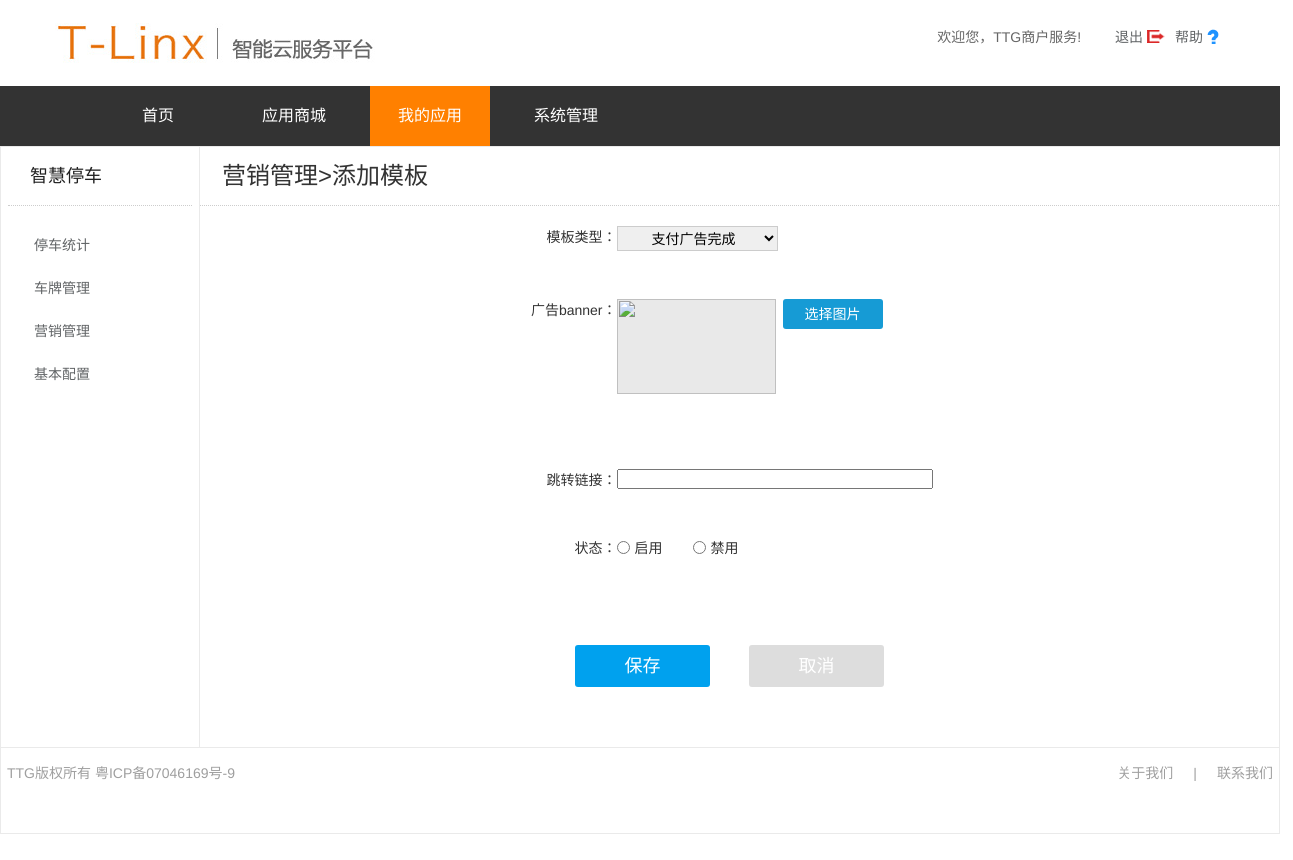
Repository: Keori/ParkCar
Page: admin/商户云/智慧停车/ManageChild.html
An editor plug-in stored every save of this project. The page is shown before and after the next save, followed by the edit.
The browser window is 1280 px wide. The page is 1293 px wide, so the pictures cover 1293 px, including what lies to the right of the window. The pictures show the whole page.
The page's requests for data from a server got no answer.

Above is the page before, as saved 2018-12-21 18:56:30.

### admin/商户云/智慧停车/ManageChild.html
<!DOCTYPE html>
<html lang="en">
<head>
    <meta charset="utf-8">
    <meta name="viewport" content="initial-scale=1.0,width=device-width" />
    <meta name="keywords" content="" />
    <meta name="description" content="" />
    <title>会员卡</title>
    <link href="../css/reset.css" type="text/css" rel="stylesheet"/>
    <link href="../css/layout.css" type="text/css" rel="stylesheet"/>
    <script type="text/javascript" src="../js/jquery-3.1.1.min.js"></script>
    <script type="text/javascript" src="../js/vue.js"></script>
    <!-- <script type=text/javascript>
        // $(document).ready(function() {
        //     $(".select select").selectbox();
        // });
        function previewImage(file)
        {
            let div = document.getElementById('preview');
            if (file.files && file.files[0])
            {
                div.innerHTML ='<img id=imghead>';
                let img = document.getElementById('imghead');
                // img.onload = function(){
                //     let rect = clacImgZoomParam(MAXWIDTH, MAXHEIGHT, img.offsetWidth, img.offsetHeight);
                //     img.width  =  rect.width;
                //     img.height =  rect.height;
                //     img.style.marginTop = rect.top+'px';
                // };
                let reader = new FileReader();
                reader.onload = function(evt){img.src = evt.target.result;};
                reader.readAsDataURL(file.files[0]);
            }
            else
            {
                let sFilter='filter:progid:DXImageTransform.Microsoft.AlphaImageLoader(sizingMethod=scale,src="';
                file.select();
                let src = document.selection.createRange().text;
                div.innerHTML = '<img id=imghead>';
                let img = document.getElementById('imghead');
                img.filters.item('DXImageTransform.Microsoft.AlphaImageLoader').src = src;
                let rect = clacImgZoomParam(MAXWIDTH, MAXHEIGHT, img.offsetWidth, img.offsetHeight);
                status =('rect:'+rect.top+','+rect.left+','+rect.width+','+rect.height);
                div.innerHTML = "<div id=divhead style='width:"+rect.width+"px;height:"+rect.height+"px;margin-top:"+rect.top+"px;"+sFilter+src+"\"'></div>";
            }
        }
        function clacImgZoomParam( maxWidth, maxHeight, width, height ){
            let param = {top:0, left:0, width:width, height:height};
            if( width>maxWidth || height>maxHeight )
            {
                rateWidth = width / maxWidth;
                rateHeight = height / maxHeight;

                if( rateWidth > rateHeight )
                {
                    param.width =  maxWidth;
                    param.height = Math.round(height / rateWidth);
                }else
                {
                    param.width = Math.round(width / rateHeight);
                    param.height = maxHeight;
                }
            }
            param.left = Math.round((maxWidth - param.width) / 2);
            param.top = Math.round((maxHeight - param.height) / 2);
            return param;
        }
    </script> -->
</head>
<body>
<header class="header index_header">
    <div class="top w1170">
        <div class="logo"><i></i><img src="../images/logo.jpg" alt=""/></div>
        <div class="top_right">欢迎您，TTG商户服务! <span class="icon out_icon"><a href="">退出<code></code></a></span><span class="icon help_icon"><a href="">帮助<code></code></a></span></div>
    </div>

    <menu class="menu">
        <div class="w1170">
            <ul>
                <li><a href="">首页</a></li>
                <li><a href="">应用商城</a></li>
                <li class="on"><a href="">我的应用</a></li>
                <li><a href="">系统管理</a></li>
            </ul>
        </div>
    </menu>
</header>
<section id="content" class="content content1170">
    <aside class="left_con">
        <div class="left_con_tit borderb">智慧停车</div>

        <ul>
            <li><a href="ParkComputed.html">停车统计</a></li>
            <li><a href="">车牌管理</a></li>
            <li>
                <h1><a class='pagetitle' href="javascript:;" @click='ManageType'>营销管理</a><i></i></a>
                <div class='secondary' v-show='type'>
                    <h2 :class="{active:changeGray===1}" @click='change(1)'>
                        <a class='nextselect' href="Manage.html">
                            <span class='blockText'>模板类型</span>
                        </a>
                    </h2>
                    <h2 :class="{active:changeGray===2}" @click='change(2)'>
                        <a class='nextselect' href="Manage2.html">
                            <span class='blockText'>广告类型</span>
                        </a>
                    </h2>
                </div>
            </li>
            <li><a href="Basic.html">基本配置</a></li>
        </ul>
    </aside>
    <section id="boxRight" class="boxRight">
        <div class="boxRight_tit f1 borderb">营销管理>添加模板</div>
        <article class="boxRightCon">
            <ul class="sel_mod">
                    <li>
                        <span class="name sel_th2">模板类型：</span>
                        <div class='selectSet'>
                            <select name="">
                                <option value="1">支付广告完成</option>
                            </select>
                        </div>
                    </li>
                    <li>
                        <span class="name sel_th2">广告banner：</span>
                        <div class="selectionDisplay" id="preview"><img :src="Imgshow" alt=""></div>
                        <div class="formInlineBlock jb_btn filePic"><input @change="upImg($event,'front')" name="file" type="file" id="filepic" accept="image/png, image/jpeg, image/gif, image/jpg"/><label for="filepic" class="changeColor">选择图片</label></div></li>
                    <li>
                        <span class="name sel_th2">跳转链接：</span>
                        <span class="radioBox"><input name="radio" id="radio3" class="write" checked v-model='updataMessage.templateUrl'/></span>
                    </li>
                    <li>
                        <span class="name sel_th2">状态：</span>
                        <span class="radioBox"><input value=2 name="radio" type="radio" id="radio1" checked  v-model='updataMessage.templateStatus'/><label for="radio1">启用</label></span>
                        <span class="radioBox"><input value=3 name="radio" type="radio" id="radio2" v-model='updataMessage.templateStatus' /><label for="radio2">禁用</label></span>
                    </li>
                </ul>
            <div class="clear"></div>
        </article>
        <div class="vip_btn center">
            <div class="btn fabu_btn"><a @click='save'>保存</a></div>
            <div class="btn save_btn"><a class='close'>取消</a></div>
        </div>
    </section>
    <footer class="footer">
        <div class="w1000">
            <p class="footer_a fl">TTG版权所有   粤ICP备07046169号-9</p>
            <p class="footer_b fr"><a href="">关于我们</a>|<a href="">联系我们</a></p>
        </div>
    </footer>
</section>
<script type='text/javascript'>
new Vue({
    el: '#content',
    data(){
        return{
            changeGray: '',
            type: false,
            add:[],
            stora: {},
            updata: {},
            id: '',
            Img:'',
            Imgshow: '',
            formData: new FormData(),
            updataMessage: {
                id: "",
                templateId: "",
                templateName: "",
                templateUrl: "",
                Imgshow: "",
                templateStatus:"" ,
                note: "",
            }
        }
    },
    methods:{
        save(){
            console.log(this.updataMessage.Imgshow)
            let params = JSON.stringify(this.updataMessage)
            $.ajax({
            url:'http://park.ardy0220.top:9999/merchant/Advertisement/update',
            type: 'patch',
            contentType: 'application/json;charset=uft-8',
            data:params,
            statusCode:{
                404:() => {
                    alert('网络错误')
                }
            },
            success:(params) => {
                this.updata = params
                console.log(this.updata)
                // window.location.href='Manage.html'
            }
            })
        },
        ManageType(){
            if(this.type === false){
                this.type = true
            }else{
                this.type = false
            }
        },
        change(num){
            this.changeGray = num
        },
        upImg($event,type){
				var that = this;
				// 阻止默认事件
				event.preventDefault();
				var file = event.target.files[0];
				var percentage;
				if(file.size > 52428800) {
					return false;
				} else if(file.size < 51200) {
					percentage = .7
				} else if(file.size > 307200) {
					percentage = .4
				} else {
					percentage = .5
				}
				var reader = new FileReader();
				reader.readAsDataURL(file);
				reader.onload = function(e) {
					var canvas = document.createElement('canvas');
					var cxt = canvas.getContext('2d');
					var img = new Image();
					img.src = this.result;
					img.onload = function() {
						var w = img.width;
						var h = img.height;
						canvas.width = w;
						canvas.height = h;
						cxt.drawImage(img, 0, 0, w, h);
						//获取base64路径
						var basestr = canvas.toDataURL(file.type, percentage);
						var text = window.atob(basestr.split(",")[1]);
						var buffer = new Uint8Array(text.length);
						for(var i = 0; i < text.length; i++) {
							buffer[i] = text.charCodeAt(i);
						}
						var blob = getBlob([buffer], file.type);
						that.formData.set('file',blob,file.name); //传文件到formdata
						var Form = that.formData;
                        $.ajax({
                            url:'http://park.ardy0220.top:9999/sys/util/upload',
                            type: 'post',
                            data: Form,
                            contentType: false,
                            processData: false,
                            statusCode:{
                                404:() => {
                                    alert('网络错误')
                                }
                            },
                            success: (params) => {
                                that.Img = params.data
                                let data1 = JSON.stringify({"filename":that.Img})
                                //工具接口SHOWIMG
                                var url = 'http://park.ardy0220.top:9999/sys/util/showimg';
                                var xhr = new XMLHttpRequest();
                                xhr.open('post', url, true);
                                xhr.responseType = "blob";
                                xhr.setRequestHeader("Content-type","application/json;charset=UTF-8");
                                xhr.onload = function() {
                                    if (this.status == 200) {
                                        var blob = this.response;
                                        that.Imgshow= window.URL.createObjectURL(blob)
                                    }
                                }
                                xhr.send(data1);
                            }
                        })
					}
				}
			},
            blobToDataURL(blob, callback) {
                let a = new FileReader();
                a.onload = function (e) { callback(e.target.result); }
                a.readAsDataURL(blob);
            }
    },
    created(){
        let url = location.search
        this.id = url.split('?=')[1]
        console.log(this.id);
        let params = JSON.stringify({})
        $.ajax({
            url: 'http://park.ardy0220.top:9999/merchant/Advertisement/add',
            type: 'post',
            contentType: 'application/json;charset=uft-8',
            data: params,
            statusCode: {
            404:() => {
                alert('网络错误') //报错提示
            }
                },
            success:(params) => {
                this.add = params
                console.log(this.add)
            }
        })
        $.ajax({
            url: 'http://park.ardy0220.top:9999/merchant/Advertisement/info/' + this.id,
            type: 'get',
            statusCode: {
                404:() => {
                    alert('网络错误')
                }
            },
            success:(params) => {
                this.stora = params.data
                console.log(this.stora);
            }
        })
    }
})
	/**
	 * 获取blob对象的兼容性写法
	 * @param buffer
	 * @param format
	 * @returns {*}
	 */
    function getBlob(buffer, format) {
		try {
			return new Blob(buffer, {
				type: format
			});
		} catch(e) {
			var bb = new(window.BlobBuilder || window.WebKitBlobBuilder || window.MSBlobBuilder);
			buffer.forEach(function(buf) {
				bb.append(buf);
			});
			return bb.getBlob(format);
		}
	}
</script>
</body>
<style>
.pagetitle,.nextselect{
    font-weight: normal;
}
.nextselect{
    font-size: 14px;
}
.active{
    background: #EEEEEE
}
.blockText{
    display: block;
    width: 130px;
    height: 37.6px;
    margin: auto;
}


.selectSet{
    position: relative;
    width: 159px;
    height: 23.2px;
    border: 1px solid #CCC
}
select{
    border: none;
    outline: none;
    width: 100%;
    height: 23.2px;
    line-height: 23.2px;
    padding-left: 30px;
}



.boxRightCon{
    display: flex;
    justify-content: center;
}
.save_btn>a{
    background:#DDDDDD
}
.write{
    width: 312px;
}
.sel_mod>li{
    display: flex;
    margin: 0 0 48px 0;
}
.sel_mod>li:nth-child(2){
    margin: 0 0 75px 0;
}
.changeColor{
    background: #169BD5 !important;
}
.name{
    display: block;
    width: 100px;
}
.photo{
    display: block;
    width: 300px;
    height: 150px;
    background: rgba(233,233,233,0.6);
    color: #A399A3;
    text-align: center;
    line-height: 150px;
}
.file {
    display: inline-block;
    background: #169BD5;
    border: 1px solid #99D3F5;
    border-radius: 4px;
    padding: 4px 12px;
    overflow: hidden;
    color: #FFFFFF;
    text-decoration: none;
    text-indent: 0;
    line-height: 20px;
    text-align: center;
    margin-left: 12px;
    width: 100px;
    height: 34px;
}
.file input {
    position: absolute;
    font-size: 100px;
    right: 0;
    top: 0;
    opacity: 0;
}
.file:hover {
    background: #AADFFD;
    border-color: #78C3F3;
    color: #FFFFFF;
    text-decoration: none;
}
</style>
</html>

Loaded but not shown: admin/商户云/js/jquery-3.1.1.min.js (library); admin/商户云/js/vue.js (library); admin/商户云/css/layout.css (845 lines, source omitted); admin/商户云/css/reset.css (322 lines, source omitted)

After the next save:
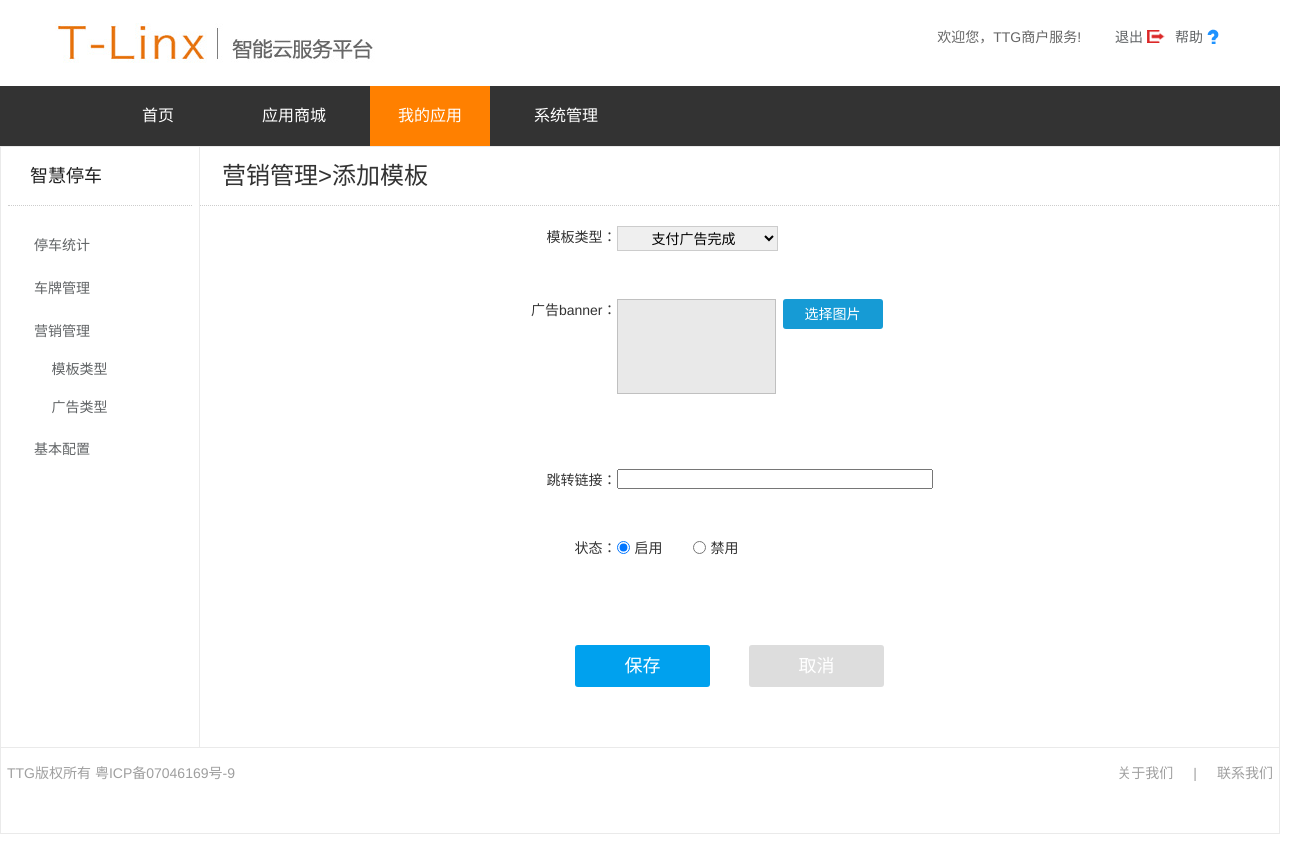
Console error: SyntaxError: Unexpected token ')'
Saved 17 s later.
--- a/admin/商户云/智慧停车/ManageChild.html
+++ b/admin/商户云/智慧停车/ManageChild.html
@@ -169,7 +169,7 @@
                 templateId: "",
                 templateName: "",
                 templateUrl: "",
-                Imgshow: "",
+                templateImg: "",
                 templateStatus:"" ,
                 note: "",
             }
@@ -177,7 +177,7 @@
     },
     methods:{
         save(){
-            console.log(this.updataMessage.Imgshow)
+            console.log(this.updataMessage.)
             let params = JSON.stringify(this.updataMessage)
             $.ajax({
             url:'http://park.ardy0220.top:9999/merchant/Advertisement/update',

After the save that followed:
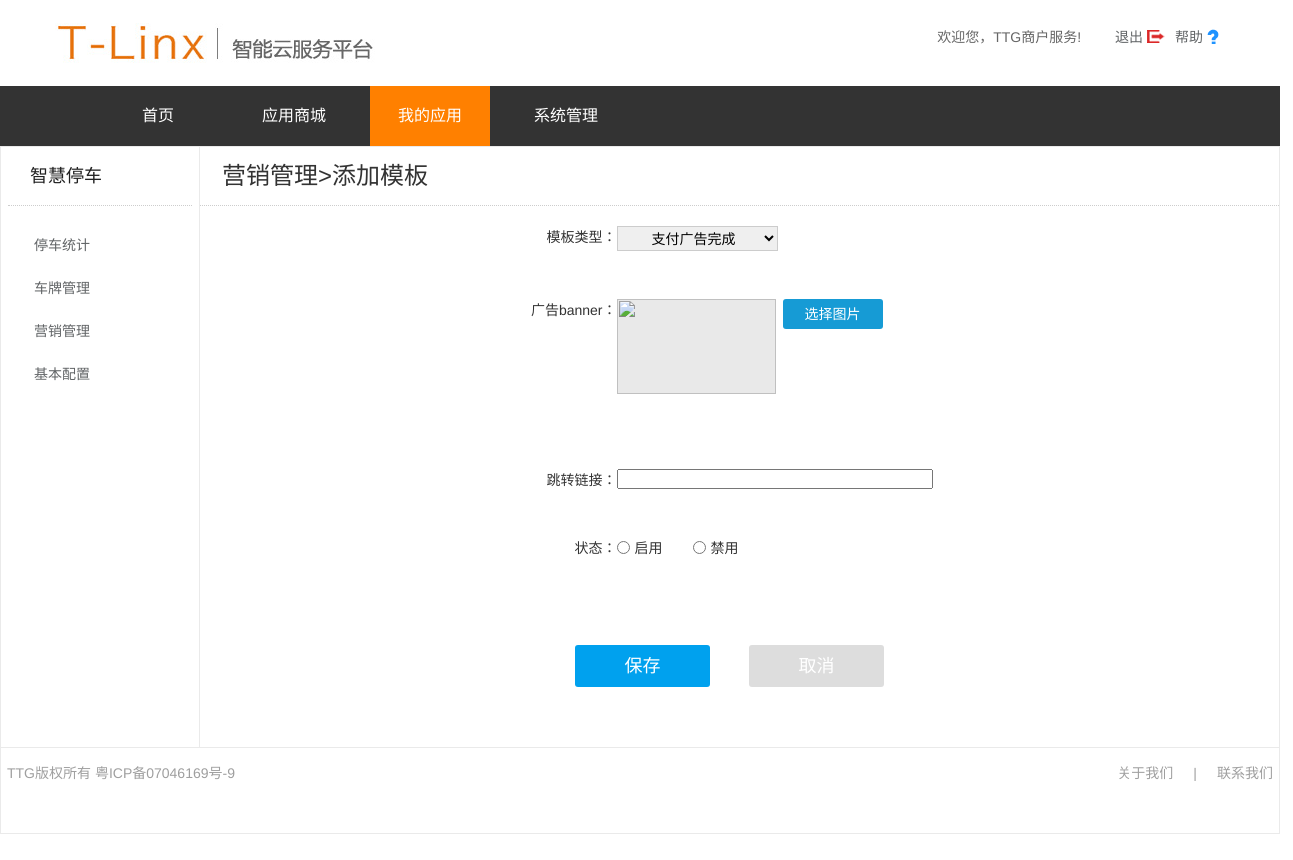
The error is gone.
Saved 5 s later.
--- a/admin/商户云/智慧停车/ManageChild.html
+++ b/admin/商户云/智慧停车/ManageChild.html
@@ -177,7 +177,7 @@
     },
     methods:{
         save(){
-            console.log(this.updataMessage.)
+            console.log(this.updataMessage.Imgshow)
             let params = JSON.stringify(this.updataMessage)
             $.ajax({
             url:'http://park.ardy0220.top:9999/merchant/Advertisement/update',
